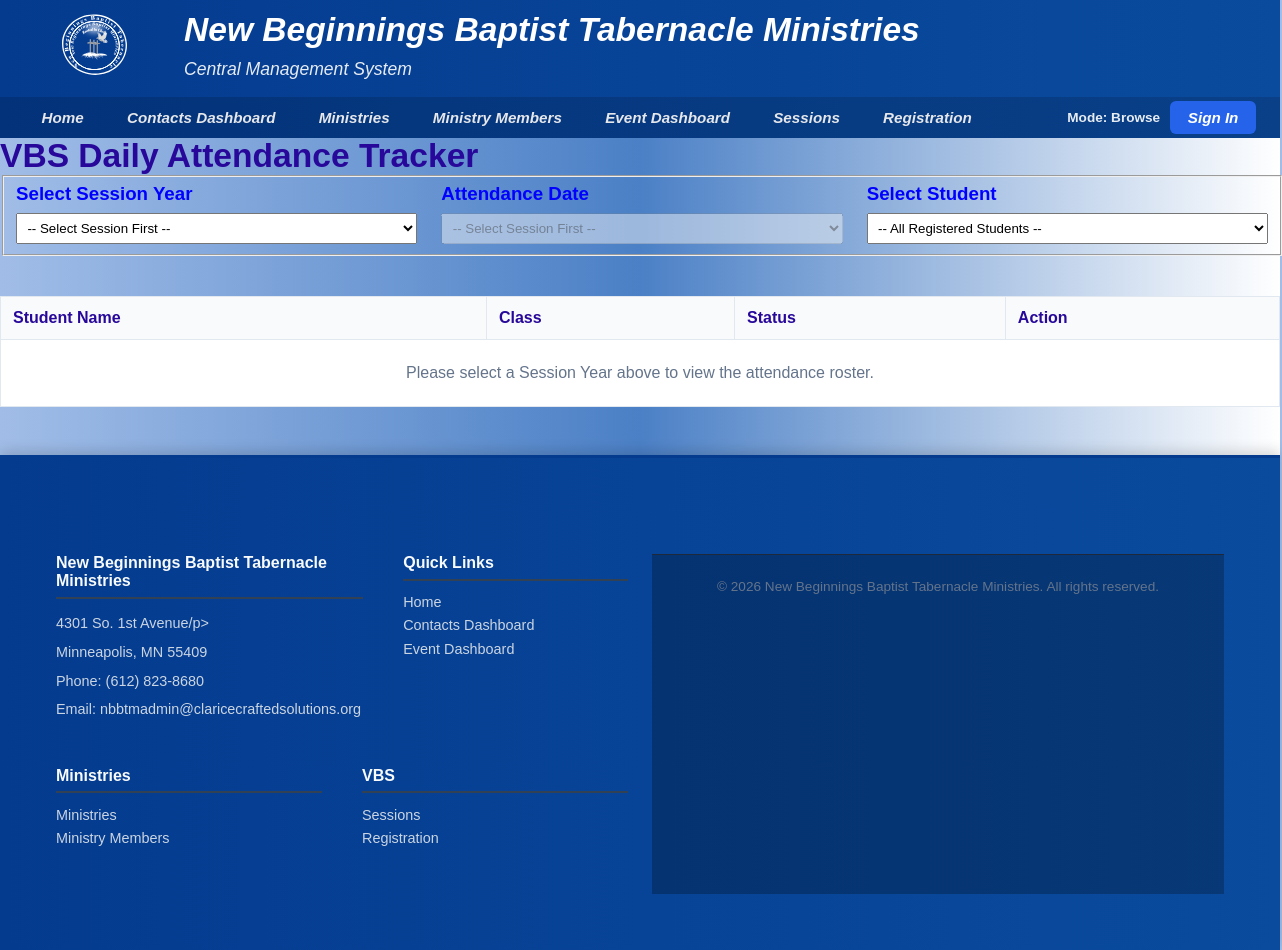
Repository: scherron56/nbbtm-central-cms
Page: http://localhost/vbs_attendance.php
An editor plug-in stored every save of this project. The page is shown before and after the next save, followed by the edit.
The browser window is 1280 px wide. The page is 1282 px wide, so the pictures cover 1282 px, including what lies to the right of the window. The pictures show the whole page.
Some web fonts or font styles are not loaded; a fallback is used. The page is run by PHP 8.4 with error messages shown; the project is at /var/www/html/. Queries for data that is not in the repository find no rows.

Above is the page before, as saved 2026-08-19 11:52:43.

### vbs_attendance.php
<?php
// Enforce persistent cookie scope before session start
if (session_status() === PHP_SESSION_NONE) {
    session_set_cookie_params([
        'lifetime' => 86400, // 24 Hours
        'path'     => '/',   // Root path ensures session spans all sub-folders
        'httponly' => true,
        'samesite' => 'Lax'
    ]);
    session_start();
}

// Require auth helper
require_once __DIR__ . '/include/auth.php';
$adminUser = isAdmin();
?>
<!DOCTYPE html>
<html lang="en">
<head>
  <meta charset="UTF-8">
  <meta name="viewport" content="width=device-width, initial-scale=1.0">
  <title>VBS Daily Attendance Tracker</title>
  <link href="https://api.fontshare.com/v2/css?f[]=bespoke-sans@301,400,401,500,501,700,701,800,801,1,2&f[]=bespoke-serif@300,301,400,401,500,501,700,701,800,801,1,2&display=swap" rel="stylesheet">
  <link rel="stylesheet" href="css/style.css">
  <script src="https://code.jquery.com/jquery-3.7.1.min.js" integrity="sha256-/JqT3SQfawRcv/BIHPThkBvs0OEvtFFmqPF/lYI/Cxo=" crossorigin="anonymous"></script>

  <style>
    .alert-box {
      padding: 12px 16px;
      margin-bottom: 20px;
      border-radius: 6px;
      font-weight: 500;
      font-size: 0.95rem;
      display: none;
    }
    .alert-success { background-color: #d1fae5; border: 1px solid #6ee7b7; color: #065f46; }
    .alert-error { background-color: #fee2e2; border: 1px solid #fca5a5; color: #991b1b; }

    .class-desc { font-size: 0.95rem; font-weight: 600; color: #1e293b; }

    table { width: 100%; border-collapse: collapse; margin-top: 1rem; background: #fff; }
    th, td { padding: 0.75rem; border: 1px solid #e2e8f0; text-align: left; }
    th { background: #f8fafc; font-weight: 700; }
    tr:nth-child(even) { background-color: #f9fafb; }

    .btn-action { padding: 6px 12px; border: none; border-radius: 4px; cursor: pointer; color: white; font-size: 0.9rem; font-weight: 600; }
    .btn-checkin { background-color: #2563eb; }
    .btn-checkout { background-color: #16a34a; }
    .btn-action:disabled { background-color: #94a3b8; cursor: not-allowed; }

    .class-group-row {
      background-color: #e2e8f0 !important;
      font-weight: bold;
    }
    .class-group-row td {
      color: #0f172a;
      font-size: 1.05rem;
      padding: 0.85rem 0.75rem;
    }
  </style>

  <script>
$(document).ready(function() {
  const IS_ADMIN = <?php echo $adminUser ? 'true' : 'false'; ?>;
  let sessionsList = []; // Used to store session start and end dates locally

  function showStatusMessage(message, type = 'success') {
    let $box = $('#status-message');
    $box.removeClass('alert-success alert-error')
        .addClass(type === 'success' ? 'alert-success' : 'alert-error')
        .html(message)
        .stop(true, true)
        .fadeIn(200);

    if (type === 'success') {
      setTimeout(function() { $box.fadeOut(500); }, 5000);
    }
  }

  function clearStatusMessage() {
    $('#status-message').fadeOut(200).empty();
  }

  // Initial Page Load
  loadSessions();
  loadRoster();

  // Load Sessions into dropdown
  function loadSessions() {
    $.ajax({
      url: 'vbs_api.php',
      type: 'GET',
      data: { action: 'fetch_sessions' },
      dataType: 'json',
      success: function(res) {
        if (res.success && Array.isArray(res.data)) {
          sessionsList = res.data;
          const select = $('#sessionSelect').empty().append('<option value="">-- Select Session First --</option>');
          res.data.forEach(session => {
            select.append($('<option>', {
              value: session.vbs_sessions_id,
              text: session.vbs_year + ' (Session #' + session.vbs_sessions_id + ')'
            }));
          });
        }
      }
    });
  }

  // Populate dynamic dates dropdown based on session start/end
  function populateDateDropdown(startDateStr, endDateStr) {
    const dateSelect = $('#attendance_date').empty();

    if (!startDateStr || !endDateStr) {
      dateSelect.append('<option value="">-- No Dates Defined --</option>').prop('disabled', true);
      return;
    }

    dateSelect.prop('disabled', false);

    const startParts = startDateStr.split('-');
    const endParts = endDateStr.split('-');
    let current = new Date(startParts[0], startParts[1] - 1, startParts[2]);
    const end = new Date(endParts[0], endParts[1] - 1, endParts[2]);

    const todayObj = new Date();
    const todayFormatted = todayObj.getFullYear() + '-' + String(todayObj.getMonth() + 1).padStart(2, '0') + '-' + String(todayObj.getDate()).padStart(2, '0');

    let foundToday = false;
    let count = 0;

    // Loop through and generate an option for each day within the boundaries
    while (current <= end && count < 30) {
      const yyyy = current.getFullYear();
      const mm = String(current.getMonth() + 1).padStart(2, '0');
      const dd = String(current.getDate()).padStart(2, '0');
      const val = `${yyyy}-${mm}-${dd}`;

      const display = current.toLocaleDateString('en-US', { weekday: 'short', month: 'short', day: 'numeric', year: 'numeric' });

      dateSelect.append($('<option>', { value: val, text: display }));

      if (val === todayFormatted) {
        foundToday = true;
      }

      current.setDate(current.getDate() + 1);
      count++;
    }

    // Auto-select today if it falls within the session block
    if (foundToday) {
      dateSelect.val(todayFormatted);
    }
  }

  // Session selection change handler
  $('#sessionSelect').on('change', function() {
    clearStatusMessage();
    const sessionId = $(this).val();

    if (sessionId) {
      const selectedSession = sessionsList.find(s => String(s.vbs_sessions_id) === String(sessionId));
      if (selectedSession) {
        populateDateDropdown(selectedSession.vbs_start_date, selectedSession.vbs_end_date);
      }
    } else {
      $('#attendance_date').empty().append('<option value="">-- Select Session First --</option>').prop('disabled', true);
    }

    loadRoster();
  });

  // Date selection change handler
  $('#attendance_date').on('change', function() {
    clearStatusMessage();
    loadRoster();
  });

  // Student filter dropdown change handler
  $('#studentSelect').on('change', function() {
    const selectedContactId = $(this).val();
    if (selectedContactId) {
      $('#studentTable tbody tr:not(.class-group-row)').hide();
      $('#studentTable tbody tr[data-id="' + selectedContactId + '"]').show();
    } else {
      $('#studentTable tbody tr').show();
    }
  });

  // Fetch VBS Roster Table with Session and Date filtering
  function loadRoster() {
    const selectedSession = $('#sessionSelect').val();
    const selectedDate = $('#attendance_date').val();

    // Prevent fetching all students if no session is selected
    if (!selectedSession) {
      renderRosterTable([]);
      populateStudentDropdown([]);
      return;
    }

    $.ajax({
      url: 'vbs_api.php',
      type: 'GET',
      data: {
        action: 'fetch_roster',
        vbs_sessions_id: selectedSession,
        checkin_date: selectedDate
      },
      dataType: 'json',
      success: function(res) {
        if (res.success) {
          populateStudentDropdown(res.data);
          renderRosterTable(res.data);
        }
      }
    });
  }

  // Populate student dropdown formatted as "LastName, FirstName"
  function populateStudentDropdown(students) {
    const currentSelected = $('#studentSelect').val();
    const studentSelect = $('#studentSelect').empty().append('<option value="">-- All Registered Students --</option>');

    if (students && students.length > 0) {
      students.forEach(student => {
        const formattedName = student.student_full_name_formatted || (student.last_name + ', ' + student.first_name);

        studentSelect.append($('<option>', {
          value: student.contact_id,
          text: formattedName
        }));
      });

      if (currentSelected) {
        studentSelect.val(currentSelected);
      }
    }
  }

  // Render Roster Table Grouped by Class
  function renderRosterTable(students) {
    const tbody = $('#studentTable tbody').empty();
    const selectedSession = $('#sessionSelect').val();

    if (!selectedSession) {
      tbody.append('<tr><td colspan="4" style="text-align:center; padding:1.5rem; color:#64748b;">Please select a Session Year above to view the attendance roster.</td></tr>');
      return;
    }

    if (!students || students.length === 0) {
      tbody.append('<tr><td colspan="4" style="text-align:center; padding:1.5rem; color:#64748b;">No VBS students found for this session/date.</td></tr>');
      return;
    }

    // Group students by class description
    const grouped = {};
    students.forEach(student => {
      const className = student.vbs_class_desc ? student.vbs_class_desc : ('Class #' + student.class_id);
      if (!grouped[className]) {
        grouped[className] = [];
      }
      grouped[className].push(student);
    });

    // Output class header rows and member records
    Object.keys(grouped).forEach(className => {
      tbody.append(`
        <tr class="class-group-row">
          <td colspan="4">🏫 ${escapeHtml(className)}</td>
        </tr>
      `);

      grouped[className].forEach(student => {
        const isCheckedIn = parseInt(student.is_checked_in) === 1;
        const studentName = student.student_full_name_formatted || student.student_display_name || (student.last_name + ', ' + student.first_name);

        const actionBtn = IS_ADMIN ? `
          <button class="btn-action ${isCheckedIn ? 'btn-checkout' : 'btn-checkin'} btn-toggle-checkin">
            ${isCheckedIn ? 'Check Out' : 'Check In'}
          </button>
        ` : `<button class="btn-action" disabled>Read Only</button>`;

        const rowHtml = `
          <tr data-id="${student.contact_id}" data-session-id="${student.vbs_sessions_id}">
            <td style="padding-left: 1.75rem;"><strong>${escapeHtml(studentName)}</strong></td>
            <td><span class="class-desc">${escapeHtml(className)}</span></td>
            <td>
              <span style="color:${isCheckedIn ? '#16a34a' : '#64748b'}; font-weight:bold;">
                ${isCheckedIn ? 'Checked In ✓' : 'Not Checked In'}
              </span>
            </td>
            <td>${actionBtn}</td>
          </tr>
        `;
        tbody.append(rowHtml);
      });
    });

    // Re-apply student dropdown filter if active
    const selectedContactId = $('#studentSelect').val();
    if (selectedContactId) {
      $('#studentTable tbody tr:not(.class-group-row)').hide();
      $('#studentTable tbody tr[data-id="' + selectedContactId + '"]').show();
    }
  }

  // Attendance Toggle passing the selected date
  $(document).on('click', '.btn-toggle-checkin', function() {
    if (!IS_ADMIN) return;
    clearStatusMessage();
    const row = $(this).closest('tr');
    const isCheckedIn = row.find('.btn-toggle-checkin').hasClass('btn-checkout');
    const selectedDate = $('#attendance_date').val();

    $.ajax({
      url: 'vbs_api.php',
      type: 'POST',
      data: {
        action: 'toggle_attendance',
        student_id: row.data('id'),
        vbs_session_id: row.data('session-id'),
        attendance_action: isCheckedIn ? 'checkout' : 'checkin',
        checkin_date: selectedDate
      },
      dataType: 'json',
      success: function(res) {
        if (res.success) {
          loadRoster();
        } else {
          showStatusMessage("Error updating attendance: " + (res.message || "Operation failed."), 'error');
        }
      }
    });
  });

  function escapeHtml(str) {
    return str ? String(str).replace(/&/g, '&amp;').replace(/</g, '&lt;').replace(/>/g, '&gt;').replace(/"/g, '&quot;') : '';
  }
});
  </script>
</head>
<body>
  <?php require_once("config/db.php"); ?>
  <?php include 'include/header.php'; ?>

  <h1>VBS Daily Attendance Tracker</h1>

  <div id="status-message" class="alert-box"></div>

  <!-- Top Filters: Session, Date, and Student Select -->
  <fieldset id="session-set" style="display: flex; gap: 1.5rem; align-items: flex-end; margin-bottom: 1.5rem; width:100%; box-sizing:border-box;">
    <div class="field-group" style="flex: 1;">
      <label for="sessionSelect">
        <h3 style="color: blue; margin: 0;">Select Session Year</h3>
      </label>
      <select id="sessionSelect" style="width: 100%; padding: 0.4rem;">
        <option value="">-- Select Session First --</option>
      </select>
    </div>

    <!-- Dynamic Attendance Date Selector -->
    <div class="field-group" style="flex: 1;">
      <label for="attendance_date">
        <h3 style="color: blue; margin: 0;">Attendance Date</h3>
      </label>
      <select id="attendance_date" name="attendance_date" style="width: 100%; padding: 0.4rem;" disabled>
        <option value="">-- Select Session First --</option>
      </select>
    </div>

    <!-- Registered Student Dropdown Filter -->
    <div class="field-group" style="flex: 1;">
      <label for="studentSelect">
        <h3 style="color: blue; margin: 0;">Select Student</h3>
      </label>
      <select id="studentSelect" style="width: 100%; padding: 0.4rem;">
        <option value="">-- All Registered Students --</option>
      </select>
    </div>
  </fieldset>

  <!-- Student Roster Table -->
  <table id="studentTable" style="width: 100%;">
    <thead>
      <tr>
        <th>Student Name</th>
        <th>Class</th>
        <th>Status</th>
        <th>Action</th>
      </tr>
    </thead>
    <tbody></tbody>
  </table>
<?php include_once 'include/footer.php'; ?>
</body>
</html>

### config/db.php
<?php
define('HOST', 'localhost');
define('DB_NAME', 'nbbtm_central');
define('USER', 'centadmin'); // Change to 'root' if your local DB uses root without passwords
define('PASSWORD', 'cuhqsUsj80');

$host = HOST;
$port = 3306;
$dbname = DB_NAME;
$user = USER;
$pswd = PASSWORD;
$charset = 'utf8mb4';

mysqli_report(MYSQLI_REPORT_ERROR | MYSQLI_REPORT_STRICT);

try {
    // 1. Initialize MySQLi instance first
    $db = mysqli_init();

    // 2. Set options BEFORE connecting
    $db->options(MYSQLI_OPT_INT_AND_FLOAT_NATIVE, 1);

    // 3. Establish the database connection
    $db->real_connect($host, $user, $pswd, $dbname, $port);

    // 4. Set character set
    $db->set_charset($charset);

} catch (mysqli_sql_exception $e) {
    // Return clean JSON instead of crashing with raw HTML/PHP traces
    http_response_code(500); // <-- ADD THIS LINE
    header('Content-Type: application/json; charset=utf-8');
    echo json_encode([
        'status'  => 'error',
        'message' => 'Database connection failed: ' . $e->getMessage()
    ]);
    exit;
}


// Clean up unused configuration variables
unset($host, $dbname, $user, $pswd, $charset, $port);

Loaded but not shown: assets/img/nbbtm-logo-white.svg (1 lines, source omitted); include/header.php (419 lines, source omitted); css/style.css (925 lines, source omitted); vbs_api.php (212 lines, source omitted); include/auth.php (224 lines, source omitted); include/footer.php (210 lines, source omitted)

After the next save:
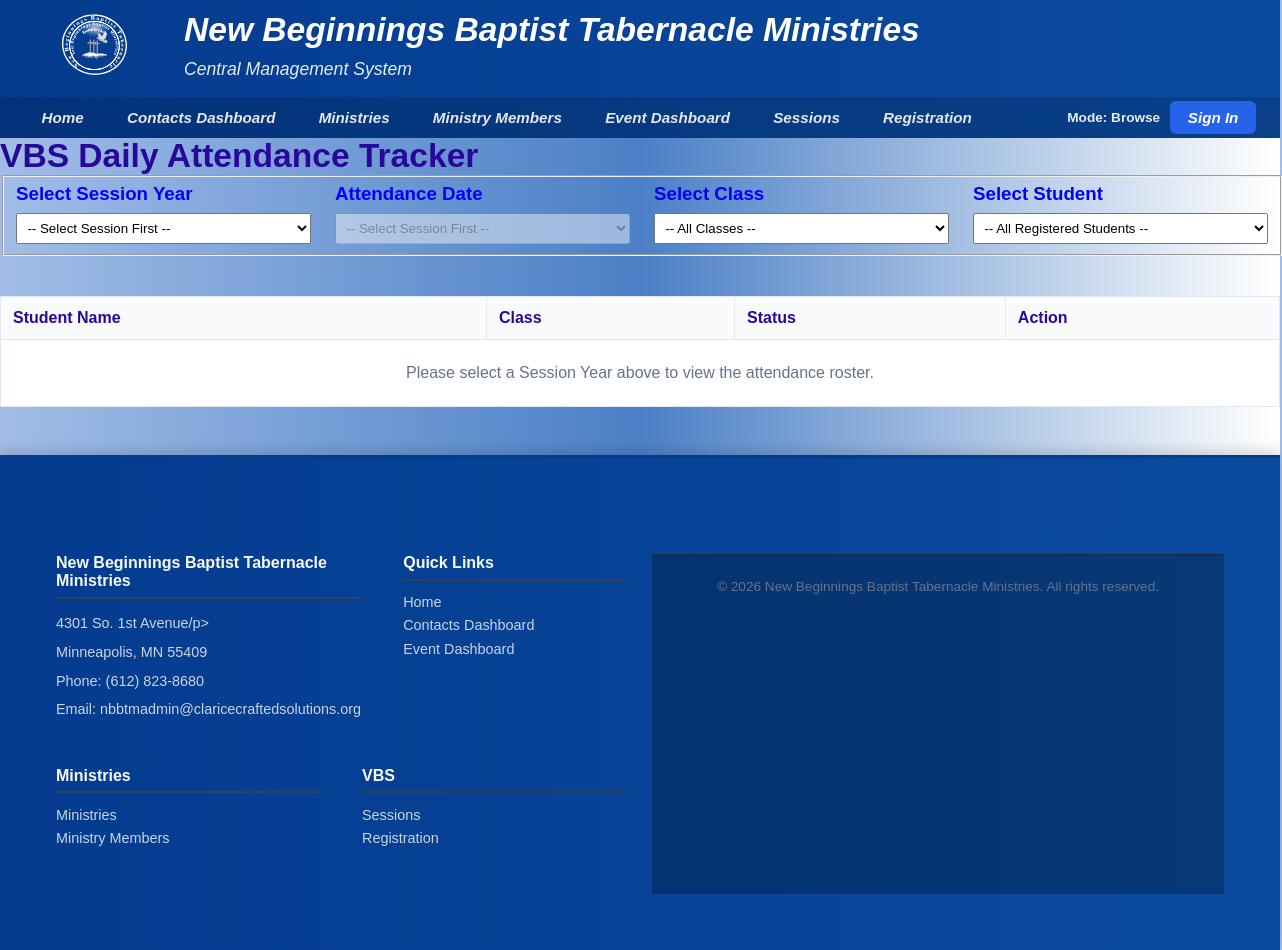
Saved 25 min 54 s later.
--- a/vbs_attendance.php
+++ b/vbs_attendance.php
@@ -63,6 +63,7 @@ $adminUser = isAdmin();
 $(document).ready(function() {
   const IS_ADMIN = <?php echo $adminUser ? 'true' : 'false'; ?>;
   let sessionsList = []; // Used to store session start and end dates locally
+  let currentStudents = [];
 
   function showStatusMessage(message, type = 'success') {
     let $box = $('#status-message');
@@ -177,16 +178,58 @@ $(document).ready(function() {
     loadRoster();
   });
 
+  // Class filter dropdown change handler
+  $('#classSelect').on('change', function() {
+    const selectedClass = $(this).val();
+
+    // Filter student list to match selected class
+    let filteredStudents = currentStudents;
+    if (selectedClass) {
+      filteredStudents = currentStudents.filter(s => {
+        const cName = s.vbs_class_desc || ('Class #' + s.class_id);
+        return cName === selectedClass;
+      });
+    }
+    populateStudentDropdown(filteredStudents);
+    applyFilters();
+  });
+
   // Student filter dropdown change handler
   $('#studentSelect').on('change', function() {
-    const selectedContactId = $(this).val();
-    if (selectedContactId) {
-      $('#studentTable tbody tr:not(.class-group-row)').hide();
-      $('#studentTable tbody tr[data-id="' + selectedContactId + '"]').show();
-    } else {
-      $('#studentTable tbody tr').show();
-    }
+    applyFilters();
   });
+
+  function applyFilters() {
+    const selectedClass = $('#classSelect').val();
+    const selectedContactId = $('#studentSelect').val();
+
+    $('#studentTable tbody tr').each(function() {
+      const $row = $(this);
+
+      if ($row.hasClass('class-group-row')) {
+        const rowClass = $row.data('class-name');
+        if (selectedClass && rowClass !== selectedClass) {
+          $row.hide();
+        } else {
+          // If filtering by specific student, hide header if no matching student belongs to it
+          if (selectedContactId) {
+            const hasVisibleChild = $(`#studentTable tbody tr[data-class-name="${rowClass}"][data-id="${selectedContactId}"]`).length > 0;
+            $row.toggle(hasVisibleChild);
+          } else {
+            $row.show();
+          }
+        }
+      } else {
+        const rowClass = $row.data('class-name');
+        const rowContactId = String($row.data('id'));
+
+        const matchClass = !selectedClass || rowClass === selectedClass;
+        const matchStudent = !selectedContactId || rowContactId === selectedContactId;
+
+        $row.toggle(matchClass && matchStudent);
+      }
+    });
+  }
 
   // Fetch VBS Roster Table with Session and Date filtering
   function loadRoster() {
@@ -195,8 +238,10 @@ $(document).ready(function() {
 
     // Prevent fetching all students if no session is selected
     if (!selectedSession) {
+      currentStudents = [];
+      populateClassDropdown([]);
+      populateStudentDropdown([]);
       renderRosterTable([]);
-      populateStudentDropdown([]);
       return;
     }
 
@@ -211,11 +256,33 @@ $(document).ready(function() {
       dataType: 'json',
       success: function(res) {
         if (res.success) {
-          populateStudentDropdown(res.data);
-          renderRosterTable(res.data);
+          currentStudents = res.data || [];
+          populateClassDropdown(currentStudents);
+          populateStudentDropdown(currentStudents);
+          renderRosterTable(currentStudents);
         }
       }
     });
+  }
+
+  // Populate dynamic class dropdown
+  function populateClassDropdown(students) {
+    const classSelect = $('#classSelect').empty().append('<option value="">-- All Classes --</option>');
+    const classes = new Set();
+
+    if (students && students.length > 0) {
+      students.forEach(student => {
+        const className = student.vbs_class_desc ? student.vbs_class_desc : ('Class #' + student.class_id);
+        if (className) classes.add(className);
+      });
+
+      Array.from(classes).sort().forEach(cls => {
+        classSelect.append($('<option>', {
+          value: cls,
+          text: cls
+        }));
+      });
+    }
   }
 
   // Populate student dropdown formatted as "LastName, FirstName"
@@ -233,7 +300,7 @@ $(document).ready(function() {
         }));
       });
 
-      if (currentSelected) {
+      if (currentSelected && studentSelect.find(`option[value="${currentSelected}"]`).length) {
         studentSelect.val(currentSelected);
       }
     }
@@ -267,7 +334,7 @@ $(document).ready(function() {
     // Output class header rows and member records
     Object.keys(grouped).forEach(className => {
       tbody.append(`
-        <tr class="class-group-row">
+        <tr class="class-group-row" data-class-name="${escapeHtml(className)}">
           <td colspan="4">🏫 ${escapeHtml(className)}</td>
         </tr>
       `);
@@ -283,7 +350,7 @@ $(document).ready(function() {
         ` : `<button class="btn-action" disabled>Read Only</button>`;
 
         const rowHtml = `
-          <tr data-id="${student.contact_id}" data-session-id="${student.vbs_sessions_id}">
+          <tr data-id="${student.contact_id}" data-class-name="${escapeHtml(className)}" data-session-id="${student.vbs_sessions_id}">
             <td style="padding-left: 1.75rem;"><strong>${escapeHtml(studentName)}</strong></td>
             <td><span class="class-desc">${escapeHtml(className)}</span></td>
             <td>
@@ -298,12 +365,7 @@ $(document).ready(function() {
       });
     });
 
-    // Re-apply student dropdown filter if active
-    const selectedContactId = $('#studentSelect').val();
-    if (selectedContactId) {
-      $('#studentTable tbody tr:not(.class-group-row)').hide();
-      $('#studentTable tbody tr[data-id="' + selectedContactId + '"]').show();
-    }
+    applyFilters();
   }
 
   // Attendance Toggle passing the selected date
@@ -349,9 +411,9 @@ $(document).ready(function() {
 
   <div id="status-message" class="alert-box"></div>
 
-  <!-- Top Filters: Session, Date, and Student Select -->
-  <fieldset id="session-set" style="display: flex; gap: 1.5rem; align-items: flex-end; margin-bottom: 1.5rem; width:100%; box-sizing:border-box;">
-    <div class="field-group" style="flex: 1;">
+  <!-- Top Filters: Session, Date, Class, and Student Select -->
+  <fieldset id="session-set" style="display: flex; gap: 1.5rem; align-items: flex-end; margin-bottom: 1.5rem; width:100%; box-sizing:border-box; flex-wrap: wrap;">
+    <div class="field-group" style="flex: 1; min-width: 180px;">
       <label for="sessionSelect">
         <h3 style="color: blue; margin: 0;">Select Session Year</h3>
       </label>
@@ -361,7 +423,7 @@ $(document).ready(function() {
     </div>
 
     <!-- Dynamic Attendance Date Selector -->
-    <div class="field-group" style="flex: 1;">
+    <div class="field-group" style="flex: 1; min-width: 180px;">
       <label for="attendance_date">
         <h3 style="color: blue; margin: 0;">Attendance Date</h3>
       </label>
@@ -370,8 +432,18 @@ $(document).ready(function() {
       </select>
     </div>
 
+    <!-- Class Dropdown Filter -->
+    <div class="field-group" style="flex: 1; min-width: 180px;">
+      <label for="classSelect">
+        <h3 style="color: blue; margin: 0;">Select Class</h3>
+      </label>
+      <select id="classSelect" style="width: 100%; padding: 0.4rem;">
+        <option value="">-- All Classes --</option>
+      </select>
+    </div>
+
     <!-- Registered Student Dropdown Filter -->
-    <div class="field-group" style="flex: 1;">
+    <div class="field-group" style="flex: 1; min-width: 180px;">
       <label for="studentSelect">
         <h3 style="color: blue; margin: 0;">Select Student</h3>
       </label>
